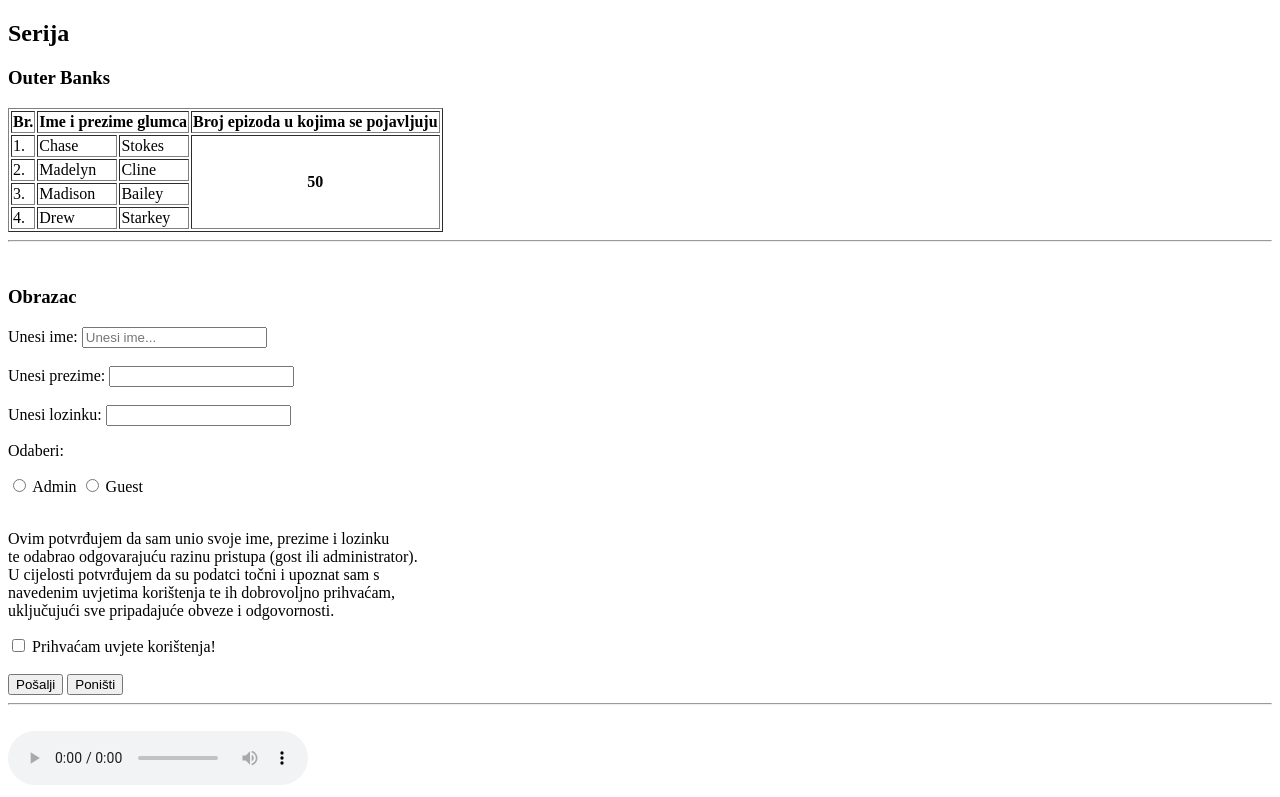
Repository: larabiondic/wp_biondic_lara
Page: Domace zadace/Zadaća.2.html
An editor plug-in stored every save of this project. The page is shown before and after the next save, followed by the edit.
The browser window is 1280 px wide. The pictures show the whole page.

Above is the page before, as saved 2025-11-03 21:11:36.

### Domace zadace/Zadaća.2.html
<!DOCTYPE html>
<html lang="en">
<head>
    <meta name="viewport" content="width=device-width, initial-scale=1.0">
    <meta name="description" content="Zadaća 2.">
    <meta name="keywords" content="HTML">
    <meta name="author" content="Lara Biondić">
    <title>Zadaća 2.</title>
</head>
<body>
    <h2>Serija</h2>
    <h3>Outer Banks</h3>
    <table border="1">
        <tr>
            <th>Br.</th>
            <th colspan="2">Ime i prezime glumca</th>
            <th>Broj epizoda u kojima se pojavljuju</th>
        </tr>
        <tr>
            <td>1.</td>
            <td>Chase</td>
            <td>Stokes</td>
            <th rowspan="4">50</th>
        </tr>
        <tr>
            <td>2.</td>
            <td>Madelyn</td>
            <td>Cline</td>

        </tr>
        <tr>
            <td>3.</td>
            <td>Madison</td>
            <td>Bailey</td>

        </tr>
        <tr>
            <td>4.</td>
            <td>Drew</td>
            <td>Starkey</td>

        </tr>

    </table>
    <hr>
    <br>
    <h3>Obrazac</h3>
    <form action="#" method="get">
        <label for="ime">Unesi ime:</label>
        <input type="text" id="Ime" placeholder="Unesi ime...">
        <br>
        <br>
        <label for="prezime">Unesi prezime:</label>
        <input type="text" id="prezime">
        <br>
        <br>
        <label for="pass">Unesi lozinku:</label>
        <input type="password" name="pass" id="pass" required>
        <br>
        <p>Odaberi:</p>
        <input type="radio" name="admin" id="admin">
        <label for="admin">Admin</label>
        <input type="radio" name="guest" id="guest">
        <label for="guest">Guest</label>
        <br>
        <br>
        <p>Ovim potvrđujem da sam unio svoje ime,
            prezime i lozinku <br>te odabrao odgovarajuću razinu pristupa
            (gost ili administrator). <br> U cijelosti potvrđujem da su podatci
            točni i upoznat sam s <br>navedenim uvjetima korištenja te ih dobrovoljno prihvaćam, <br>
            uključujući sve pripadajuće obveze i odgovornosti.</p>
        <input type="checkbox" name="uvjeti korištenja" id="uvjeti korištenja">
        <label for="uvjeti korištenja">Prihvaćam uvjete korištenja!</label>
        <br>
        <br>
        <input type="submit" value="Pošalji">
        <input type="reset" value="Poništi">
    </form>
    <hr>
    <br>
    <audio controls>
        <source src="../audio_video/test-audio.ogg" type="audio/ogg">

    </audio>
</body>
</html>

After the next save:
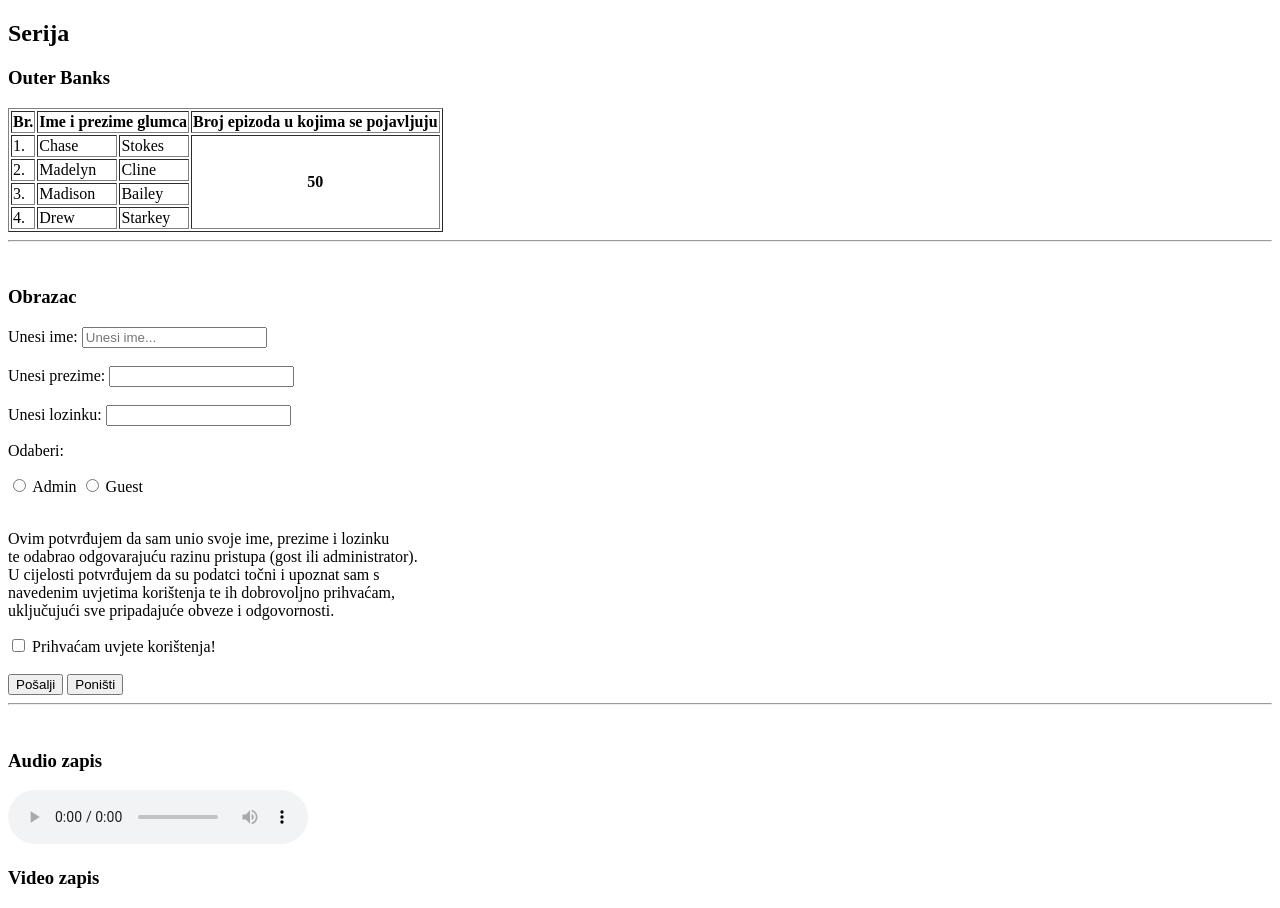
Saved 94 s later.
--- a/Domace zadace/Zadaća.2.html
+++ b/Domace zadace/Zadaća.2.html
@@ -78,9 +78,12 @@
     </form>
     <hr>
     <br>
+    <h3>Audio zapis</h3>
     <audio controls>
         <source src="../audio_video/test-audio.ogg" type="audio/ogg">
+    </audio>
+    <br>
+    <h3>Video zapis</h3>
 
-    </audio>
 </body>
 </html>
